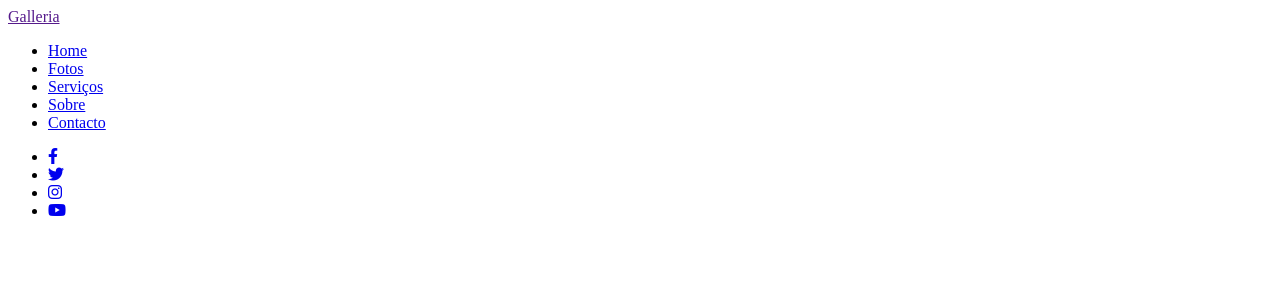
Repository: AghastyGD/gallery-sass
Page: index.html
An editor plug-in stored every save of this project. The page is shown before and after the next save, followed by the edit.
The browser window is 1280 px wide. The pictures show the whole page.
The style sheet was rebuilt from its Sass, Less or Tailwind sources for each picture, by a compiler version that may differ from the author's.

Above is the page before, as saved 2023-10-13 17:47:50.

### index.html
<!DOCTYPE html>
<html lang="en">
<head>
    <meta charset="UTF-8">
    <meta http-equiv="X-UA-Compatible" content="IE=edge">
    <meta name="viewport" content="width=device-width, initial-scale=1.0">

    <title>Galleria</title>
    <link rel="stylesheet" href="css/styles.css">
    <link rel="preconnect" href="https://fonts.googleapis.com">
    <link rel="preconnect" href="https://fonts.gstatic.com" crossorigin>
    <link href="https://fonts.googleapis.com/css2?family=Josefin+Sans:ital,wght@0,200;0,400;0,500;0,600;1,100;1,200;1,300;1,400;1,500;1,600;1,700&display=swap" rel="stylesheet">
    <link rel="stylesheet" href="https://cdnjs.cloudflare.com/ajax/libs/font-awesome/6.4.2/css/all.min.css" integrity="sha512-z3gLpd7yknf1YoNbCzqRKc4qyor8gaKU1qmn+CShxbuBusANI9QpRohGBreCFkKxLhei6S9CQXFEbbKuqLg0DA==" crossorigin="anonymous" referrerpolicy="no-referrer" />
</head>
<body>
    <header class="header">
        <a href="" class="header-brand">Galleria</a>
        <nav class="header-navbar">
            <ul>
                <li>
                    <a href="#" class="active">Home</a>
                </li>
                <li>
                    <a href="#">Fotos</a>
                </li>
                <li>
                    <a href="#">Serviços</a>
                </li>
                <li>
                    <a href="#">Sobre</a>
                </li>
                <li>
                    <a href="#">Contacto</a>
                </li>
            </ul>
        </nav>
        <div class="header-social-media">
            <ul>
                <li>
                    <a href="#">
                        <i class="fab fa-facebook-f"></i>
                    </a>
                </li>
                <li>
                    <a href="#">
                        <i class="fab fa-twitter"></i>
                    </a>
                </li>
                <li>
                    <a href="#">
                        <i class="fab fa-instagram"></i>
                    </a>
                </li>
                <li>
                    <a href="#">
                        <i class="fab fa-youtube"></i>
                    </a>
                </li>
            </ul>
        </div>
    </header>

</body>
</html>

Loaded but not shown: sass/styles.sass (no stored copy; drawn as an empty file)

After the next save:
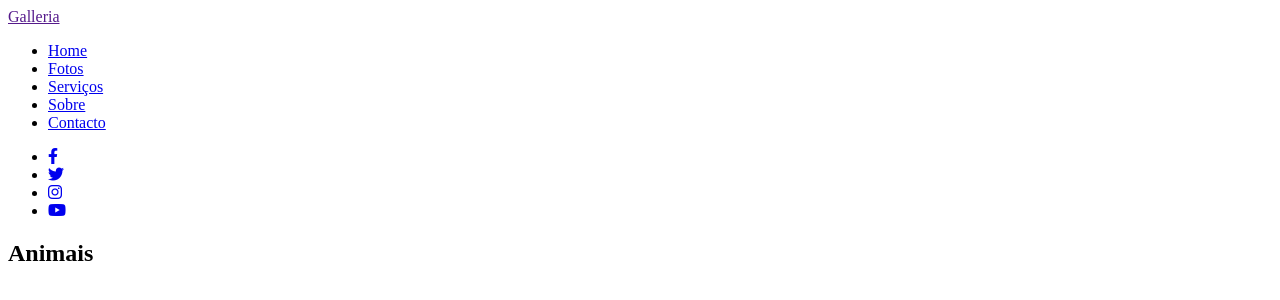
Saved 86 s later.
--- a/index.html
+++ b/index.html
@@ -59,6 +59,13 @@
             </ul>
         </div>
     </header>
+    <main>
+        <div class="gallery">
+            <div class="gallery-card" id="card-1">
+                <h2 class="gallery-card-title">Animais</h2>
+            </div>
+        </div>
+    </main>
 
 </body>
 </html>
